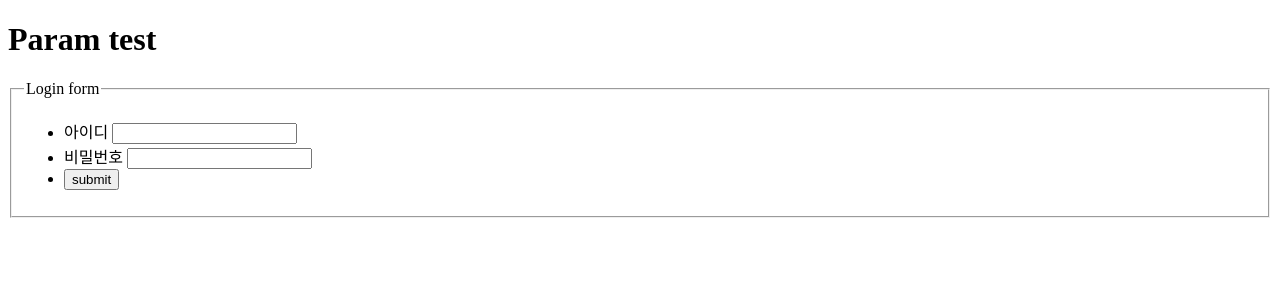
Repository: jb7959/struts_jsp_study
Page: 08Chapter_useBean/WebContent/loginForm.html
An editor plug-in stored every save of this project. The page is shown before and after the next save, followed by the edit.
The browser window is 1280 px wide. The pictures show the whole page.

Above is the page before, as saved 2015-10-01 08:19:23.

After the next save:
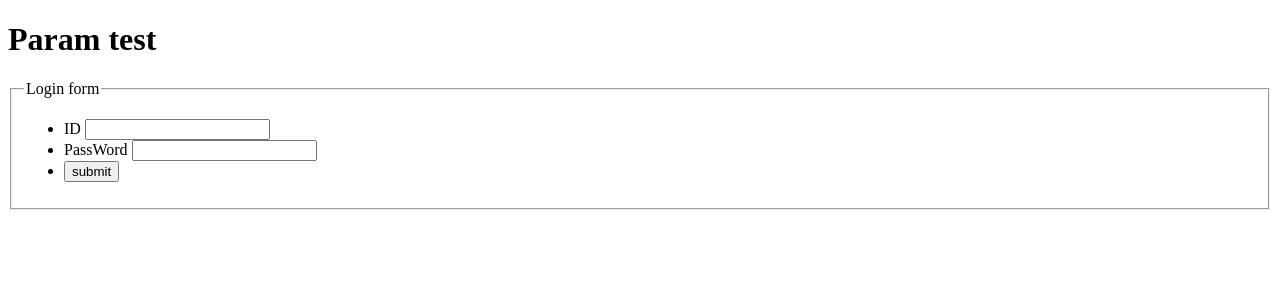
Saved 38 s later.
--- a/08Chapter_useBean/WebContent/loginForm.html
+++ b/08Chapter_useBean/WebContent/loginForm.html
@@ -11,11 +11,11 @@
 			<legend>Login form</legend>
 			<ul>
 				<li>
-					<label for="userid">아이디</label>
+					<label for="userid">ID</label>
 					<input type="text" name="userid">
 				</li>
 				<li>
-					<label for="passwd">비밀번호</label>
+					<label for="passwd">PassWord</label>
 					<input type="password" name="passwd">
 				</li>
 				<li><input type="submit" value="submit"></li>
